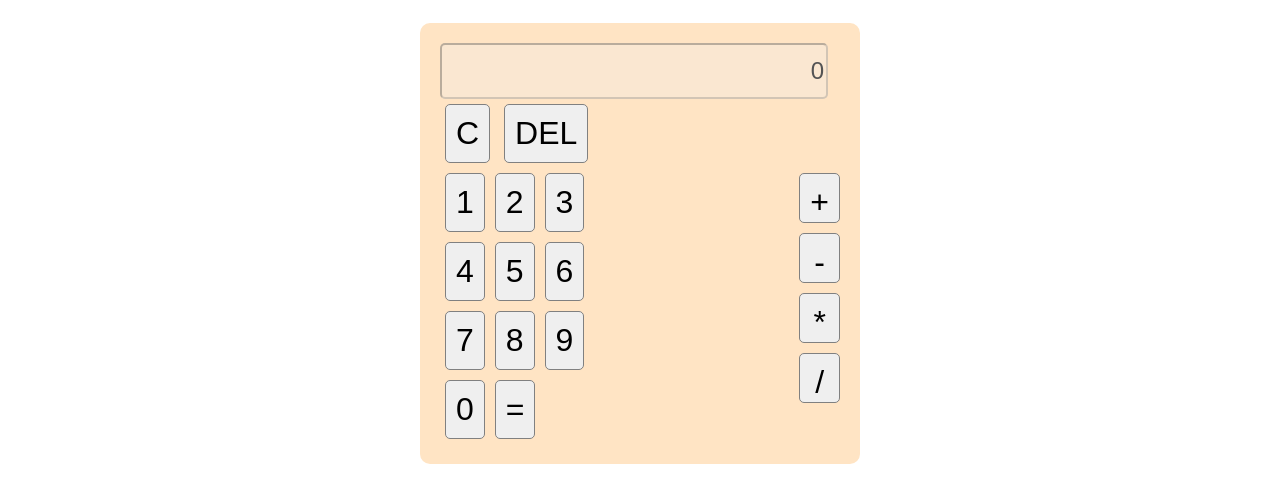
Repository: jaskeat/Calculator
Page: index.html
An editor plug-in stored every save of this project. The page is shown before and after the next save, followed by the edit.
The browser window is 1280 px wide. The pictures show the whole page.

Above is the page before, as saved 2024-09-05 13:18:39.

After the next save:
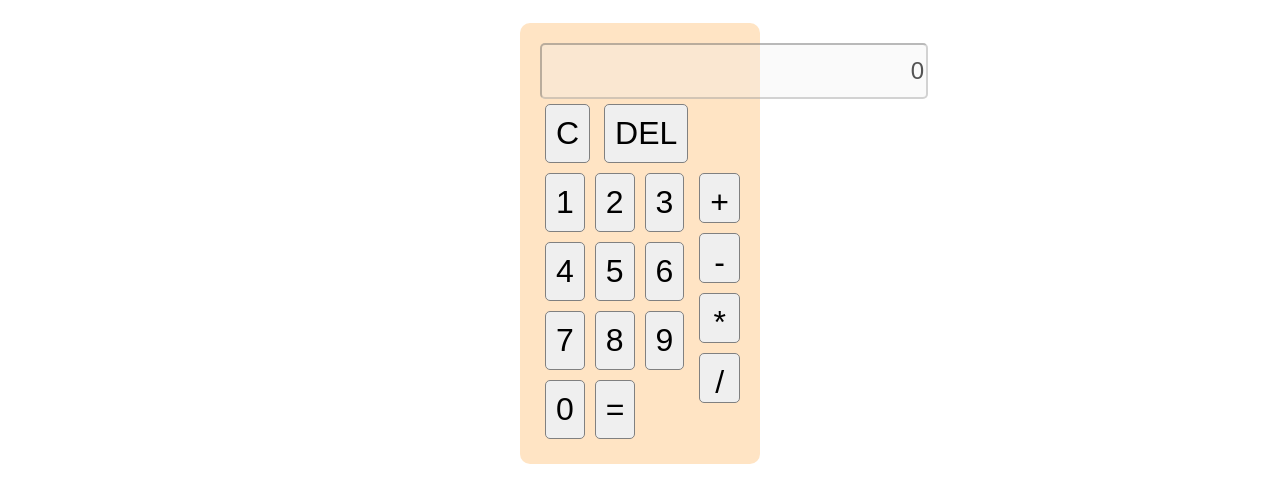
Saved 13 s later.
--- a/style.css
+++ b/style.css
@@ -5,7 +5,7 @@ body {
 }
 
 .calculator {
-	width: 400px;
+	width: 200px;
 	max-width: 600px;
 	height: auto;
 	margin: 15px;
